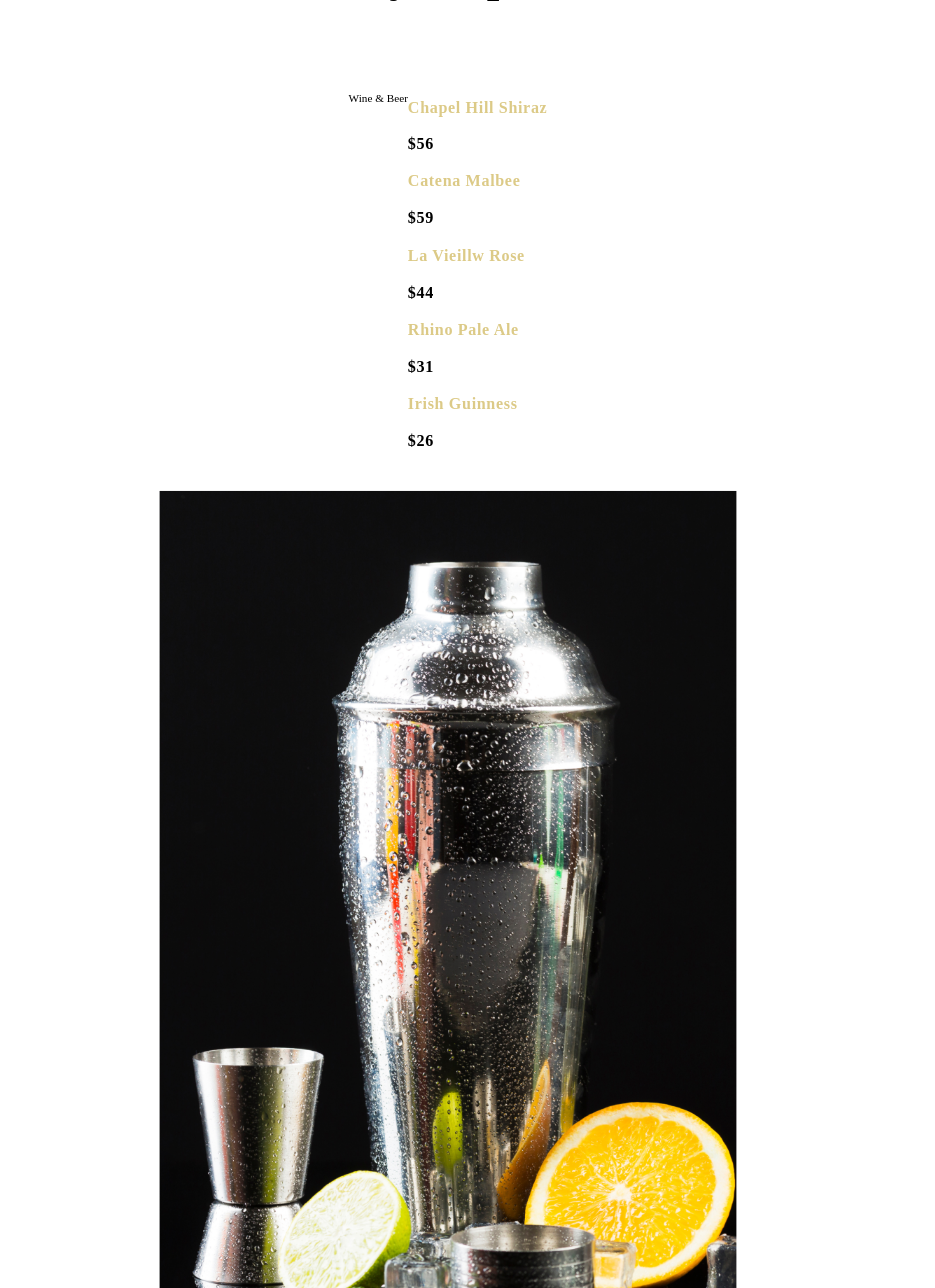
Repository: remydev47/restaurant
Page: /
These files come from the project's save history. The page is drawn as it stood at one moment and after the next save; the edit follows.
The browser window is 1280 px wide. The page is 1336 px wide, so the pictures cover 1336 px, including what lies to the right of the window. The pictures show the part of the page from y = 2663 to 4503 px (the page is 5483 px tall before and 5979 px after), at 70% of full size.
Backgrounds fixed to the window are drawn as part of the page. The project was rebuilt for these pictures with package versions that can differ from the ones it lists, and the page was loaded fresh each time. Also part of the build but not shown: src/container/Chef/Chef.css, src/components/Footer/Newsletter.jsx, src/components/Footer/FooterOverlay.jsx, src/components/Menuitem/MenuItem.css. Imported but missing from the stored project, and not drawn on this page: src/assets/meal.mp4.

Above is the page before, as saved 2022-03-16 08:05:26.

### public/index.html
<!DOCTYPE html>
<html lang="en">
  <head>
    <meta charset="utf-8" />
    <link rel="icon" href="%PUBLIC_URL%/favicon.ico" />
    <meta name="viewport" content="width=device-width, initial-scale=1" />
    <meta name="theme-color" content="#000000" />
    <meta name="description"content="Web site created using create-react-app"/>
    <link rel="apple-touch-icon" href="%PUBLIC_URL%/logo192.png" />
    <link rel="manifest" href="%PUBLIC_URL%/manifest.json" />
    <title>Gerich Resturant</title>
  </head>
  <body>
    <noscript>You need to enable JavaScript to run this app.</noscript>
    <div id="root"></div>
</html>

### src/App.js
import React from 'react';

import { AboutUs, Chef, FindUs, Footer, Gallery, Header, Intro, Laurels, SpecialMenu } from './container';
import { Navbar } from './components';
import './App.css';

const App = () => (
  <div>
    <Navbar />
    <Header />
    <AboutUs />
    <SpecialMenu />
    <Chef />
    <Intro />
    <Laurels />
    <Gallery />
    <FindUs />
    <Footer />
  </div>
);

export default App;

### src/container/AboutUs/AboutUs.jsx
import React from 'react';

import './AboutUs.css';
import { images } from '../../constants';

const AboutUs = () => (
  <div className="app__aboutus app__bg flex__center section__padding" id="aboutus">
    <div className='app__aboutus-overlay flex__center'>
      <img src={images.G} alt="g letter" />
    </div>
    <div className='app__aboutus-content flex__center'>
      <div className='app__aboutus-content_about'>
        <h1 className='headtext__cormorant'>About Us</h1>
        <img src={images.spoon} alt="about_spoon" className="spoon__img" />
        <p className="p__opensans">
          Eager to serve you, our experienced wait staff greet you at the door and lead you to the table of your choice in the well thought out seating arrangement. The rich aroma of freshly ground coffee is the handiwork of our skilled baristas, adept in latte art.
        </p>
        <button type="button" className="custom__button">Know More</button>
      </div>
      <div className="app__aboutus-content_knife flex__center">
        <img src={images.knife} alt="about_knife" />
      </div>
      <div className='app__aboutus-content_history'>
        <h1 className='headtext__cormorant'>Our History</h1>
        <img src={images.spoon} alt="about_spoon" className="spoon__img" />
        <p className="p__opensans">
        Welcome to Giretch, a fully fledged restaurant specializing in delivering a relaxed and memorable dining experience. We’re currently in 12 locations; 4 in Nairobi, 8 in Kampala and 1 in Entebbe
        </p>
        <button type="button" className="custom__button">Know More</button>
      </div>
    </div>
  </div>
);

export default AboutUs;

### src/container/Header/Header.jsx
import React from 'react';
import { SubHeading } from '../../components';

import { images } from "../../constants"
import './Header.css';

const Header = () => (
  <div className="app__header app__wrapper section__padding" id="home">
    <div className="app__wrapper_info">
      <SubHeading title="Chase The New Flavour" />
      <h1 className="app__header-h1">The Key To Fine Dining</h1>
      <p className="p__opensans" style={{margin: '2rem 0'}}>
          Geritch is a perfect haven for both business and leisure travellers. It all begins with our friendly staff, who will do everything they can to make your meal fulfiling and enjoyable. The team at Geritch kitchen looks forward to welcoming you in one of our luxury restaurant where you will experience comfort and convenience in this beautiful city of Nairobi.
      </p>
      <button type="button" className="custom__button">Explore Menu</button>
    </div>
    <div className="app__wrapper_img">
      <img src={images.welcome} alt="header img" />
    </div>
  </div>
);

export default Header;

### src/container/Menu/SpecialMenu.jsx
import React from 'react';

import { SubHeading, MenuItem } from '../../components';
import { images, data } from '../../constants';
import './SpecialMenu.css';

const SpecialMenu = () => (
  <div className="app__specialMenu flex__center section__padding">
    <div className='app__specialMenu-title'>
      <SubHeading title="Menu Thats Fits Your Pallate" />
      <h1 className="headtext__cormorant">Today's Special</h1>
    </div>

    <div className='app__specialMenu-menu'>
      <div className='app__specialMenu-menu_wine flex__center'>
        <p className='app__specialMenu_menu_heading'>Wine & Beer</p>
      </div>
      <div className='app__specialMenu_menu_items'>
        {data.wines.map((wine, index) => (
         <MenuItem key={wine.title + index} title={wine.title} price={wine.price} tags={wine.tags} />
        ))}
      </div>
    </div>

    <div className="app__specialMenu-menu_img">
      <img src={images.menu} alt="menu img"  />
    </div>

    <div className='app__specialMenu-menu'>
      <div className='app__specialMenu-menu_cocktails flex__center'>
        <p className='app__specialMenu_menu_heading'>Wine & Beer</p>
      </div>
      <div className='app__specialMenu_menu_items'>
        {data.cocktails.map((cocktail, index) => (
          <MenuItem key={cocktail.title + index} title={cocktail.title} price={cocktail.price} tags={cocktail.tags} />
        ))}
      </div>
    </div>
  </div>
);

export default SpecialMenu;

### src/components/SubHeading/SubHeading.jsx
import React from 'react';
import { images } from '../../constants';


const SubHeading = ({ title }) => (
  <div style={{ marginBottom: "1rem"}}>
    <p className='p__cormorant'>{title}</p>
    <img src={images.spoon} alt="spoon" className="spoon__img" />
  </div>
);

export default SubHeading;

### src/components/Menuitem/MenuItem.jsx
import React from 'react';

import './MenuItem.css';

const MenuItem = ({ title, price, tags }) => (
  <div className="app__menuitem">
    <div className="app__menuitem-head">
      <div className="app__menuitem-name">
        <p className="p__cormorant" style={{ color: '#DCCA87'}}>{title}</p>
      </div>

      <div className="app__menuitem-dash" />

      <div className="app__menuitem-price">
        <p className="p__cormorant">{price}</p>
      </div>
    </div>
  </div>
);

export default MenuItem;

### src/components/Navbar/Navbar.jsx
import React, {useState} from 'react';
import { GiHamburgerMenu } from 'react-icons/gi';
import { MdOutlineRestaurantMenu } from 'react-icons/md';

import images from '../../constants/images';
import './Navbar.css';

const Navbar = () => {
  const [toggleMenu, setToggleMenu] = useState(false)
  return(
  <nav className="app__navbar">
    <div className="app__navbar-logo">
     <img src={images.gericht} alt="app logo"/>
    </div>
    <ul className="app__navbar-links">
      <li className="p__opensans"><a href="#home">Home</a></li>
      <li className="p__opensans"><a href="#about">About</a></li>
      <li className="p__opensans"><a href="#menu">Menu</a></li>
      <li className="p__opensans"><a href="#awards">Awards</a></li>
      <li className="p__opensans"><a href="#contact">Contact</a></li>
    </ul>
    <div className="app__navbar-login">
      <a href="#login" className="p__opensans">Log in/ Register</a>
    <div/>
      <a href="/" className="p__opensans">Book Table</a>
    </div>
    <div className="app__navbar-smallscreen">
      <GiHamburgerMenu color="#fff" fontsize={27} onClick={() => setToggleMenu(true)} />

      {toggleMenu && (


      <div className="app__navbar-smallscreen_overlay flex__center slide-bottom">
        <MdOutlineRestaurantMenu fontSize={27} className="overlay__close" onClick={() => setToggleMenu(false)} />
        <ul className="app__navbar-smallscreen_links">
          <li className="p__opensans"><a href="#home">Home</a></li>
          <li className="p__opensans"><a href="#about">About</a></li>
          <li className="p__opensans"><a href="#menu">Menu</a></li>
          <li className="p__opensans"><a href="#awards">Awards</a></li>
          <li className="p__opensans"><a href="#contact">Contact</a></li>
       </ul>
      </div>
       )}
    </div>
  </nav>
  );
};

export default Navbar;

### src/container/AboutUs/AboutUs.css
.app__aboutus {
    position: relative;
}

.app__aboutus-overlay {
    position: absolute;
    inset: 0;
}

.app__aboutus-overlay img {
    width: 391px;
    height: 415px;
    z-index: 0;
}

.app__aboutus-content {
    width: 100%;
    z-index: 2;
}

.app__aboutus-content_about {
    flex: 1;
    display: flex;
    justify-content: flex-end;
    align-items: flex-end;
    flex-direction: column;

    text-align: right;
}

.app__aboutus-content_knife {
    margin: 2rem 4rem;
}

.app__aboutus-content_knife img{
    height: 910px;
}

.app__aboutus-content_history {
    flex: 1;
    display: flex;
    justify-content: flex-start;
    align-items: flex-start;
    flex-direction: column;

    text-align: left;
}

.app__aboutus-content_history p,
.app__aboutus-content_about p {
    margin: 2rem 0;
    color: var(--color-grey);
}

@media screen and (max-width: 2000px) {
    .app__aboutus-content_knife img{
        height: 1110px;
    }
}

.app__aboutus-content_history p,
.app__aboutus-content_about p {
    margin: 4rem 0;
    color: var(--color-grey);
}

@media screen and (max-width: 900px) {
    .app__aboutus-content {
        flex-direction: column;
    }

    .app__aboutus-content_knife {
        margin: 4rem 0;
    }
}

@media screen and (max-width: 650px) {
    .app__aboutus-overlay img {
        width: 80%;
        height: 320px;
    }
}

### src/container/Header/Header.css
.app__header {
    background-color: var(--color-black);
}

.app__header-h1 {
    font-family: var(--font-base);
    color: var(--color-golden);
    letter-spacing: 0.04rem;
    text-transform: uppercase;
    line-height: 117px;
    font-size: 90px;
}

.app__header-img {
    width: 100%;
}

### src/container/Menu/SpecialMenu.css
.app__specialMenu {
    flex-direction: column;
    background-color: var(--color-black);
}

.app__specialMenu-title {
    margin-bottom: 2rem;
    text-align: center;
}

.app__specialMenu-menu {
    width: 100%;

    margin: 2rem 0;
    display: flex;
    justify-content: center;
    align-items: flex-start;
    flex-direction: row;
}

### src/constants/images.js
import bg from '../assets/bg.png';
import chef from '../assets/chef.png';
import G from '../assets/G.png';
import gallery01 from '../assets/gallery01.png';
import gallery02 from '../assets/gallery02.png';
import gallery03 from '../assets/gallery03.png';
import gallery04 from '../assets/gallery04.png';
import knife from '../assets/knife.png';
import logo from '../assets/logo.png';
import menu from '../assets/menu.png';
import overlaybg from '../assets/overlaybg.png';
import spoon from '../assets/spoon.svg';
import welcome from '../assets/welcome.png';
import findus from '../assets/findus.png';
import laurels from '../assets/laurels.png';
import award01 from '../assets/award01.png';
import award02 from '../assets/award02.png';
import award03 from '../assets/award03.png';
import award05 from '../assets/award05.png';
import sign from '../assets/sign.png';
import quote from '../assets/quote.png';
import gericht from '../assets/gericht.png';

export default {
  bg,
  chef,
  G,
  gallery01,
  gallery02,
  gallery03,
  gallery04,
  knife,
  logo,
  menu,
  overlaybg,
  spoon,
  welcome,
  findus,
  laurels,
  award01,
  award02,
  award03,
  award05,
  sign,
  quote,
  gericht,
};

### src/components/Navbar/Navbar.css
.app__navbar {
   width: 100%;
   display: flex;
   justify-content: space-between;
   align-items: center;
   background: var(--color-black);
   padding: 1rem 2rem;
}

.app__navbar-logo{
    display: flex;
    justify-content: flex-start;
    align-items: center;
}

.app__navbar-logo img{
    width: 150px;
}

.app__navbar-links {
    flex: 1;
    display: flex;
    justify-content: center;
    align-items: center;

    list-style: none;
}

.app__navbar-links li{
    margin: 0 1rem;
    cursor: pointer;
}

.app__navbar-links li:hover {
   color: var(--color-grey);
}

.app__navbar-login {
    display: flex;
    justify-content: flex-end;
    align-items: center;
}
.app__navbar-login a {
    margin: o 1rem;
    text-decoration: none;
    transition: 0.5s  ease;
}

.app__navbar-login a:hover{
    border-bottom: 1px solid var(--color-golden);
}

.app__navbar-login div{
    width: 1px;
    height: 30px;
    background-color: var(--color-grey);
}

.app__navbar-smallscreen{
    display: none;
}

.app__navbar-smallscreen_overlay {
    position: fixed;
    top: 0;
    left: 0;
    width: 100%;
    height: 100vh;
    background-color: var(--color-black);
    transition: 0.5s ease;

    flex-direction: column;
    z-index: 5;
}

.app__navbar-smallscreen_overlay .overlay__close{
    font-size: 27px;
    color: var(--color-golden);
    cursor: pointer;

    position: absolute;
    top: 20px;
    right: 20px;
}

.app__navbar-smallscreen_links{
    list-style: none;
}

.app__navbar-smallscreen_links li {
   margin: 2rem;
   cursor: pointer;
   color: var(--color-golden);
   font-size: 2rem;
   text-align: center;
   font-family: var(--font-base);
}

.app__navbar-smallscreen_links li:hover {
    color: var(--color-white);
}

@media screen and (max-width: 2000px) {
    .app__navbar-logo img{
        width: 210px;
    }
}

@media screen and (max-width: 1150px) {
    .app__navbar-links {
        display: none;
    }

    .app__navbar-smallscreen {
        display: flex;
    }
}

@media screen and (max-width: 650px) {
    .app__navbar {
        padding: 1rem;
    }
    .app__navbar-login {
        display: none;
    }

    .app__navbar-logo img{
        width: 110px;
    }
}

### src/constants/data.js
import images from './images';

const wines = [
  {
    title: 'Chapel Hill Shiraz',
    price: '$56',
    tags: 'AU | Bottle',
  },
  {
    title: 'Catena Malbee',
    price: '$59',
    tags: 'AU | Bottle',
  },
  {
    title: 'La Vieillw Rose',
    price: '$44',
    tags: 'FR | 750 ml',
  },
  {
    title: 'Rhino Pale Ale',
    price: '$31',
    tags: 'CA | 750 ml',
  },
  {
    title: 'Irish Guinness',
    price: '$26',
    tags: 'IE | 750 ml',
  },
];

const cocktails = [
  {
    title: 'Aperol Sprtiz',
    price: '$20',
    tags: 'Aperol | Villa Marchesi prosecco | soda | 30 ml',
  },
  {
    title: "Dark 'N' Stormy",
    price: '$16',
    tags: 'Dark rum | Ginger beer | Slice of lime',
  },
  {
    title: 'Daiquiri',
    price: '$10',
    tags: 'Rum | Citrus juice | Sugar',
  },
  {
    title: 'Old Fashioned',
    price: '$31',
    tags: 'Bourbon | Brown sugar | Angostura Bitters',
  },
  {
    title: 'Negroni',
    price: '$26',
    tags: 'Gin | Sweet Vermouth | Campari | Orange garnish',
  },
];

const awards = [
  {
    imgUrl: images.award02,
    title: 'Bib Gourmond',
    subtitle: 'Lorem ipsum dolor sit amet, consectetur.',
  },
  {
    imgUrl: images.award01,
    title: 'Rising Star',
    subtitle: 'Lorem ipsum dolor sit amet, consectetur.',
  },
  {
    imgUrl: images.award05,
    title: 'AA Hospitality',
    subtitle: 'Lorem ipsum dolor sit amet, consectetur.',
  },
  {
    imgUrl: images.award03,
    title: 'Outstanding Chef',
    subtitle: 'Lorem ipsum dolor sit amet, consectetur.',
  },
];

export default { wines, cocktails, awards };

Loaded but not shown: src/index.js (common file); src/container/index.js (common file); src/components/index.js (common file); src/App.css (common file); src/container/Chef/Chef.jsx (common file); src/container/Findus/FindUs.jsx (common file); src/container/Footer/Footer.jsx (common file); src/container/Gallery/Gallery.jsx (common file); src/container/Intro/Intro.jsx (common file); src/container/Laurels/Laurels.jsx (common file); src/constants/index.js (common file); src/components/Footer/FooterOverlay.css (no stored copy; drawn as an empty file); src/components/Footer/Newsletter.css (no stored copy; drawn as an empty file); src/container/Footer/Footer.css (no stored copy; drawn as an empty file); src/container/Gallery/Gallery.css (no stored copy; drawn as an empty file); src/container/Intro/Intro.css (no stored copy; drawn as an empty file); src/container/Laurels/Laurels.css (no stored copy; drawn as an empty file)

After the next save:
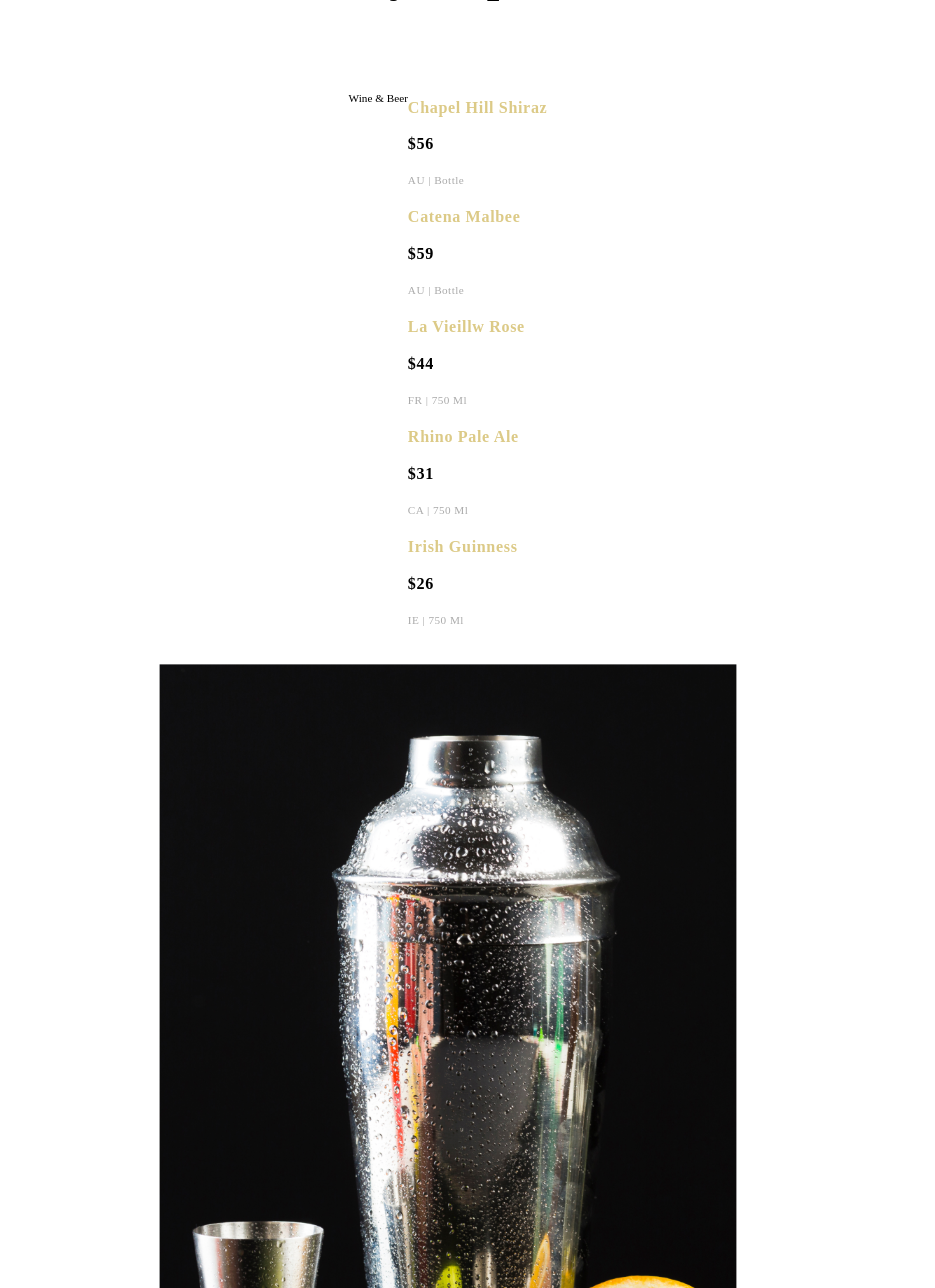
Saved 2 min 25 s later.
--- a/src/components/Menuitem/MenuItem.jsx
+++ b/src/components/Menuitem/MenuItem.jsx
@@ -15,6 +15,9 @@ const MenuItem = ({ title, price, tags }) => (
         <p className="p__cormorant">{price}</p>
       </div>
     </div>
+    <div className="app__menuitem-sub">
+      <p className="p__opensans" style={{ color: '#AAA'}}>{tags}</p>
+    </div>
   </div>
 );
 
